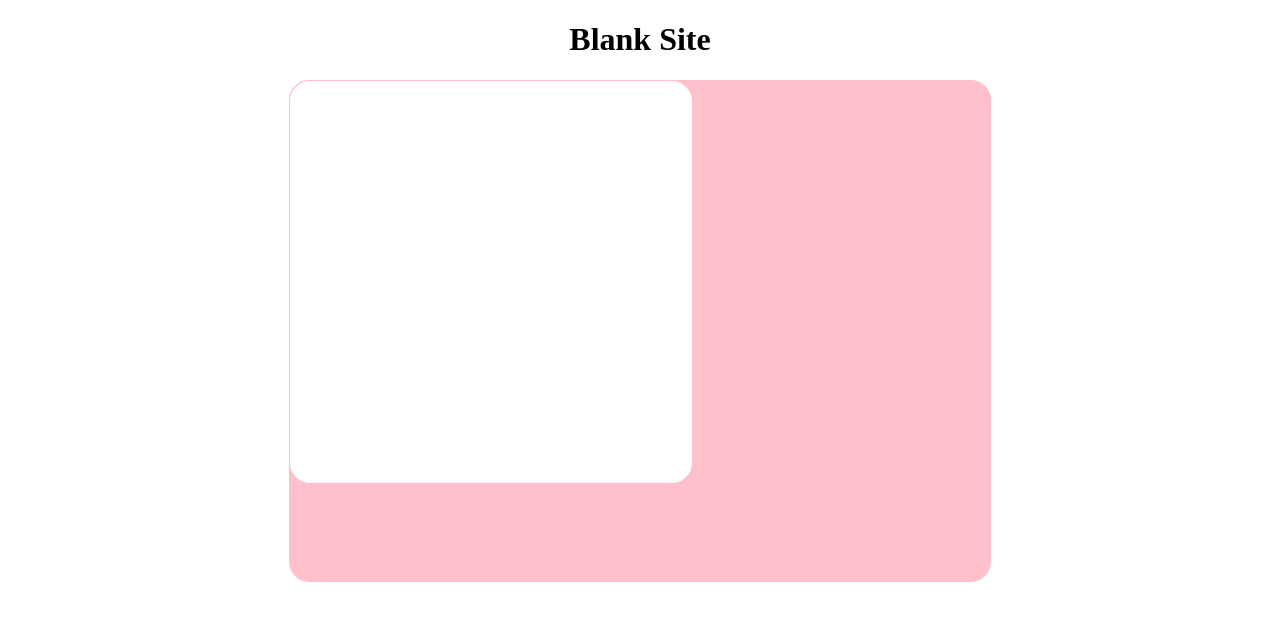
Repository: yhung004/Blank_Project
Page: index.html
These files come from the project's save history. The page is drawn as it stood at one moment and after the next save; the edit follows.
The browser window is 1280 px wide. The pictures show the whole page.

Above is the page before, as saved 2024-04-04 02:33:03.

After the next save:
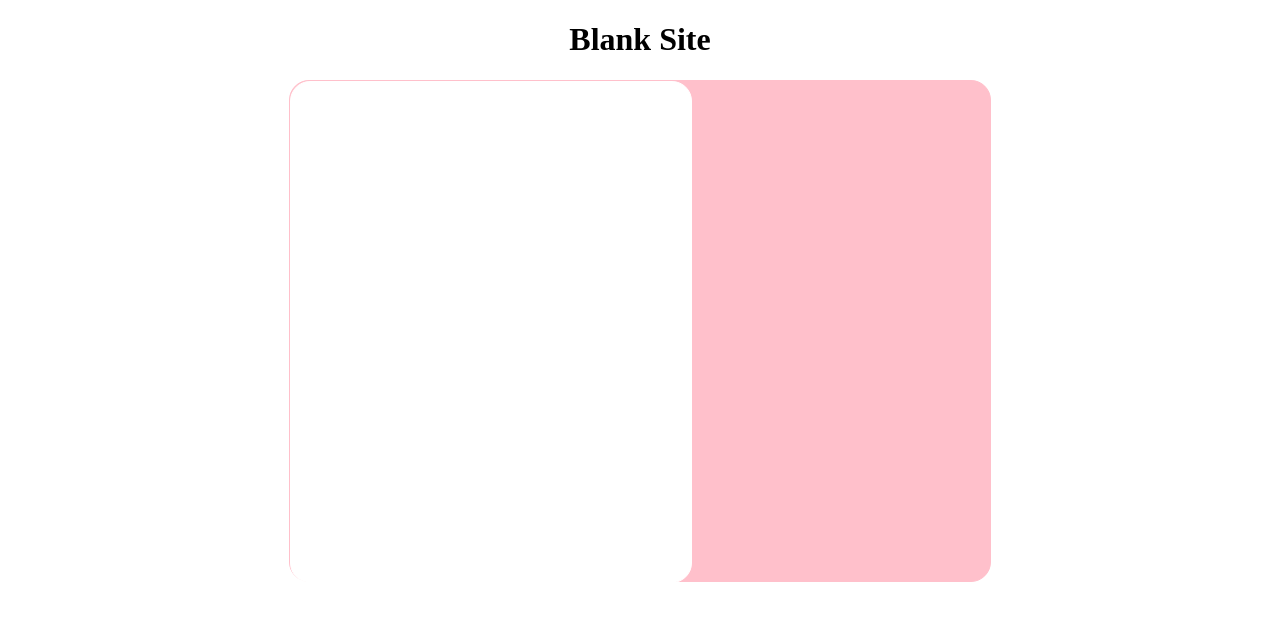
Saved 10 s later.
--- a/index.css
+++ b/index.css
@@ -12,7 +12,7 @@
 .container {
     background-color:white;
     width:400px;
-    height: 400px;
+    height: 500px;
     /* position:absolute; */
     border :1px solid white;
     border-radius: 20px;
